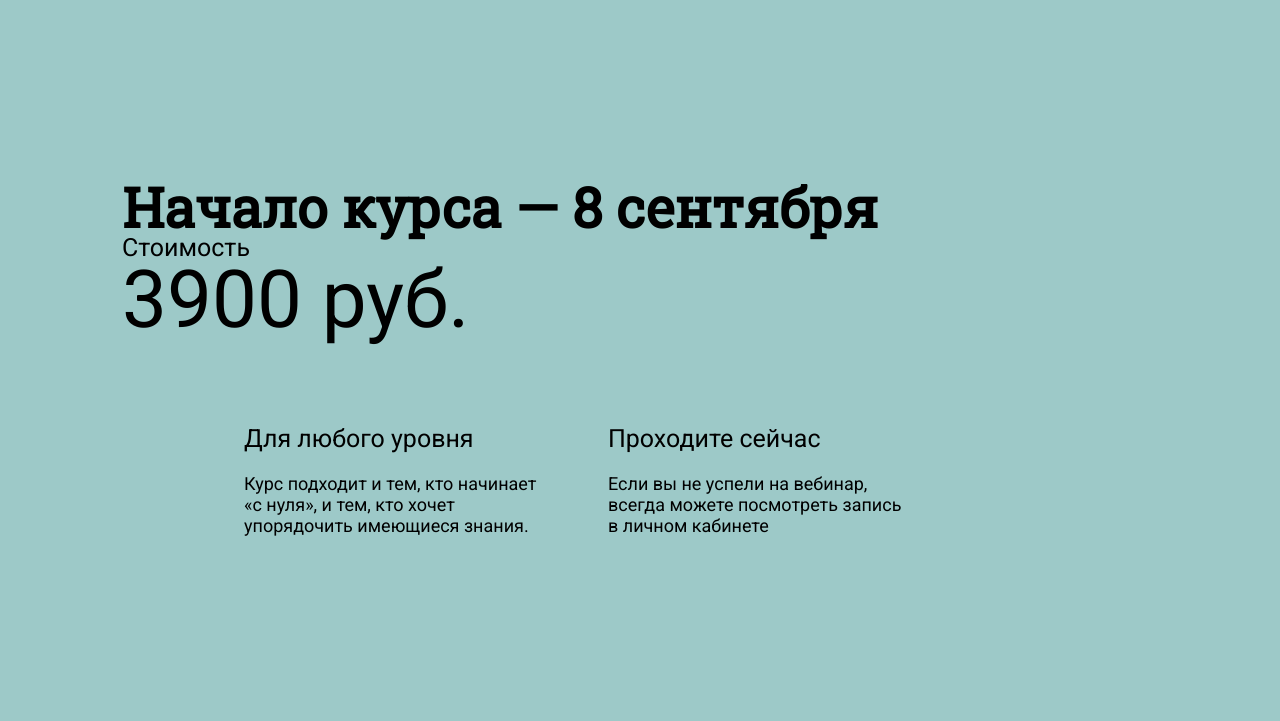
Repository: NatiqSamiyev/fiqma-task3
Page: index.html
An editor plug-in stored every save of this project. The page is shown before and after the next save, followed by the edit.
The browser window is 1280 px wide. The pictures show the whole page.

Above is the page before, as saved 2023-08-09 13:19:24.

After the next save:
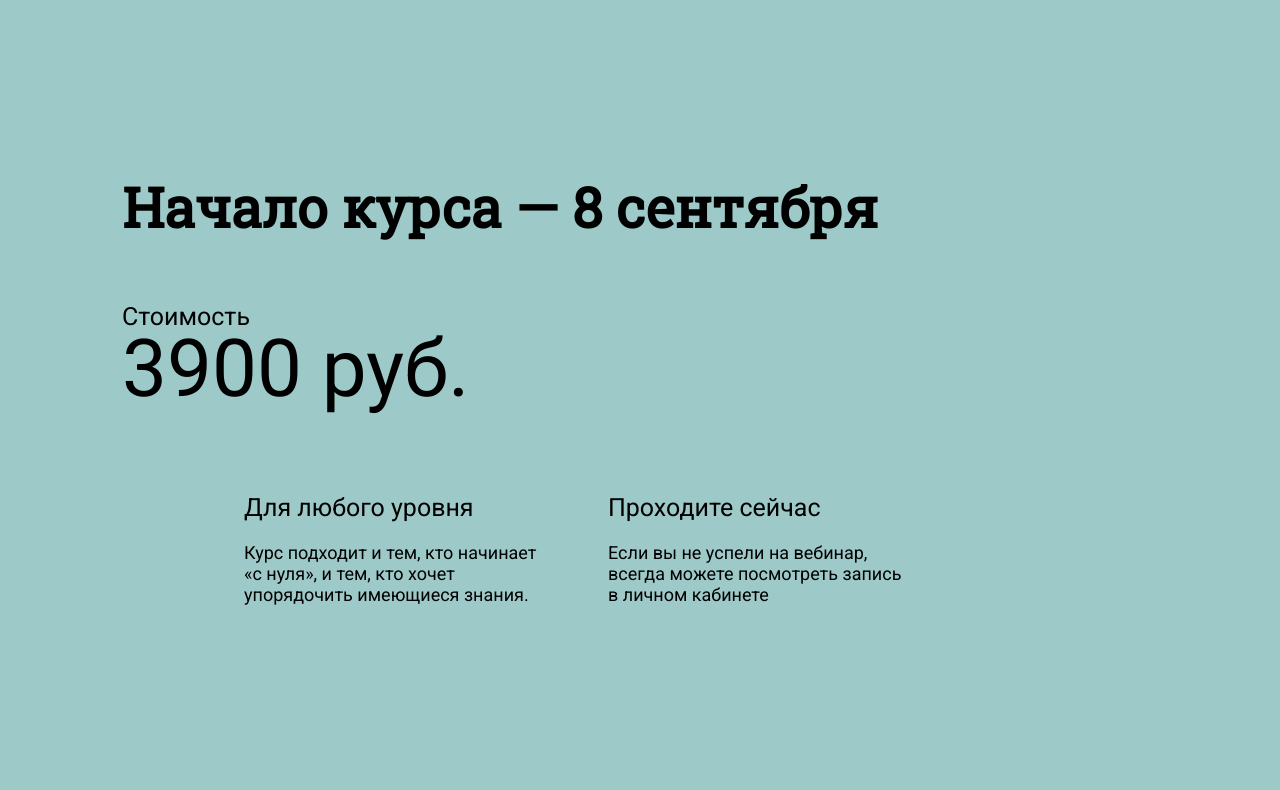
Saved 12 s later.
--- a/index.css
+++ b/index.css
@@ -14,7 +14,7 @@
 
 .container h1 {
   /* padding: 179px 410px 0 122px; */
-  margin-bottom: ;
+  margin-bottom: 69px;
   color: #000;
   font-family: Roboto Slab;
   font-size: 55px;
